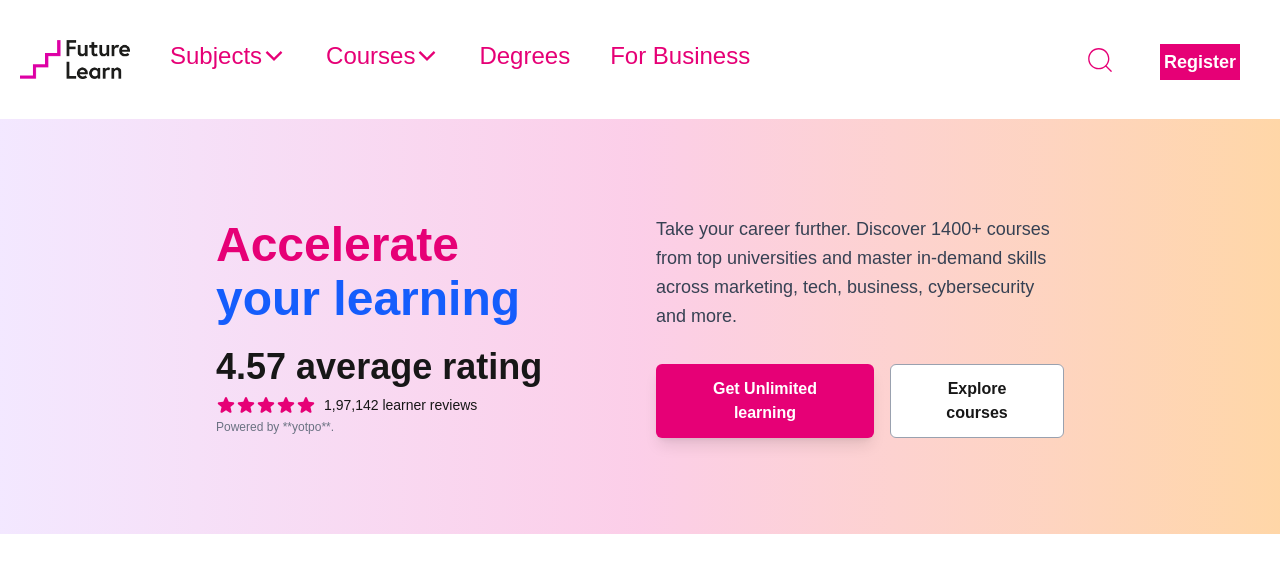
Repository: Aayu0981/Courses-App
Page: / (app in my-app/)
The author's editor kept a copy of each file at every save. The page is drawn from the files as they stood at one save, then again after the next save.
The browser window is 1280 px wide. The pictures show the whole page.
The project was rebuilt for these pictures with package versions that can differ from the ones it lists, and the page was loaded fresh each time. The framework's server and built-in components were replaced by stand-ins that run in the browser. Also part of the build but not shown: my-app/next.config.ts.

Above is the page before, as saved 2025-11-21 14:34:31.

After the next save:
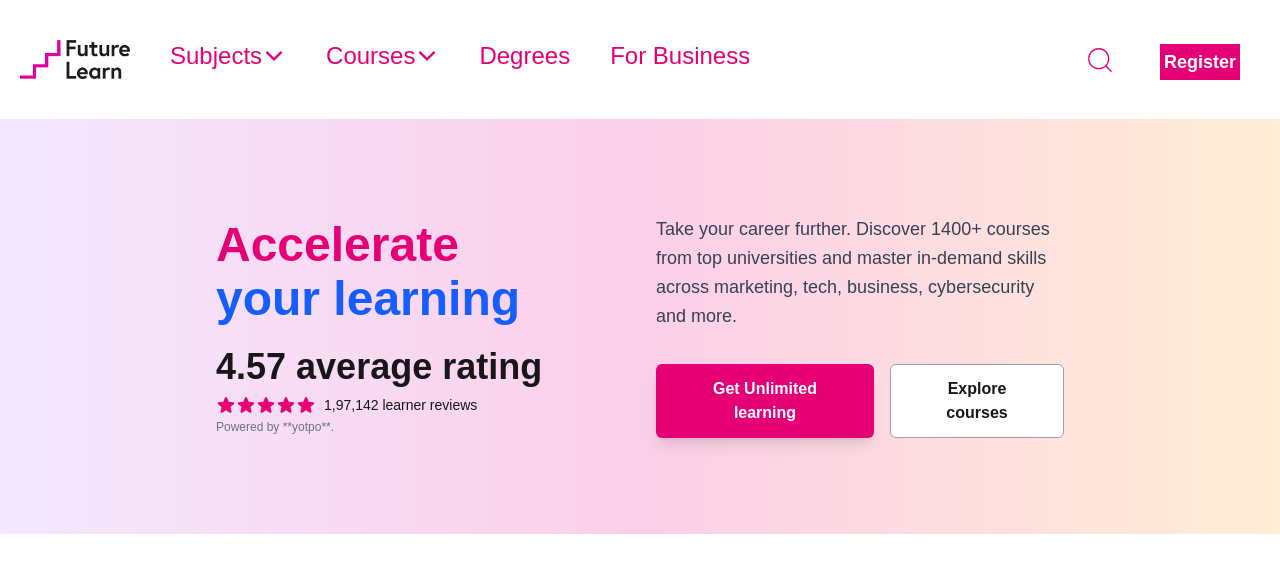
Saved 12 s later.
--- a/my-app/app/Components/MidP.tsx
+++ b/my-app/app/Components/MidP.tsx
@@ -5,7 +5,7 @@
 export default function HeroSection() {
   return (
     // 1. बैकग्राउंड ग्रेडिएंट और padding/margin
-    <section className="bg-gradient-to-r from-purple-100 via-pink-200 to-orange-200 py-16 md:py-24 mt-10 p-50">
+    <section className="bg-gradient-to-r from-purple-100 via-pink-200 to-orange-100 py-16 md:py-24 mt-10 p-50">
       <div className="container mx-auto px-4">
 
 
